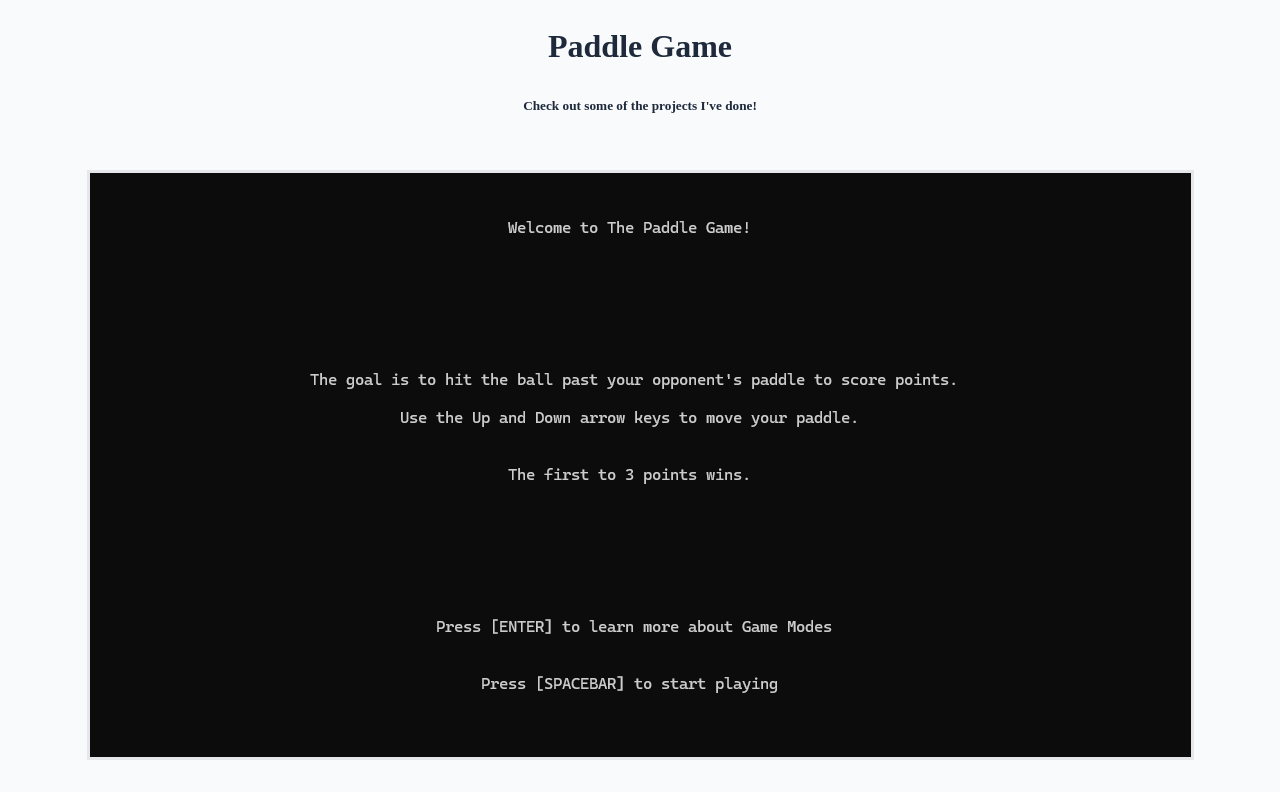
Repository: alison-cunningham/alison-cunningham
Page: pages/paddle-game.html
An editor plug-in stored every save of this project. The page is shown before and after the next save, followed by the edit.
The browser window is 1280 px wide. The pictures show the whole page.
Some web fonts or font styles are not loaded; a fallback is used.

Above is the page before, as saved 2026-05-08 20:45:28.

### pages/paddle-game.html
<!DOCTYPE html>
<html lang="en">
<head>
    <meta charset="UTF-8" />
    <title>Project - Paddle Game</title>
    <meta name="viewport" content="width=device-width, initial-scale=1.0">
    <link rel="stylesheet" href="../styles/globals.css"/>
    <link rel="stylesheet" href="../styles/pages.css">
</head>
<body>
    <header class="project-header">
        <h1>Paddle Game</h1>
        <h5>Check out some of the projects I've done!</h5>
    </header>


    <img src="../assets/images/paddle-game-screenshot-2.png" alt="Screenshot from Paddle Game gameplay">



</body>

</html>

### styles/globals.css
@font-face{
    font-family: 'Radio-Canada';
    src: url('../assets/fonts/Radio_Canada/RadioCanada-VariableFont_wdth\,wght.ttf')
}



body{
    font-family: 'Radio-Canada';

    background-color: #f8fafc;
    color: #1e293b;

    line-height: 1.6;
    font-size: 1rem;

    margin: 0;
    overflow-x: hidden;
}


a{
    text-decoration: none;
    color: inherit;
}

h3{
    font-size: 1.4rem;
    margin-bottom: 1rem;
    color: #0f172a;
}

### styles/pages.css
.project-header{
    display: grid;
    justify-content: center;
    text-align: center;


}

h1{
    margin-bottom: 0;
}

nav{
    width: 100%;
    background-color: #ffffff;

    border-bottom: .2rem solid #e5e7eb;
    border-top: .2rem solid #e5e7eb;

    display: flex;
    flex-direction: row;
    justify-content: space-evenly;

    align-items: center;

}

nav a{

    flex: 0 0 auto;

    text-decoration: none;
    color: #60a5fa;

    padding: 1rem;
    border-radius: .5rem;

    font-size: 1.1rem;
    font-weight: 600;

    transition:
    background-color 0.3s ease,
    color 0.3s ease,
    transform 0.2s ease;
}

nav a:hover{
    background-color: #34d399;
    color: white;
}

img{
    display: block;
    max-width: 90%;
    margin: 2rem auto;
    border: .2rem solid #e5e7eb;
}


iframe{
    width: 100%;
    min-height: 80vh;
    border: 0;
}

After the next save:
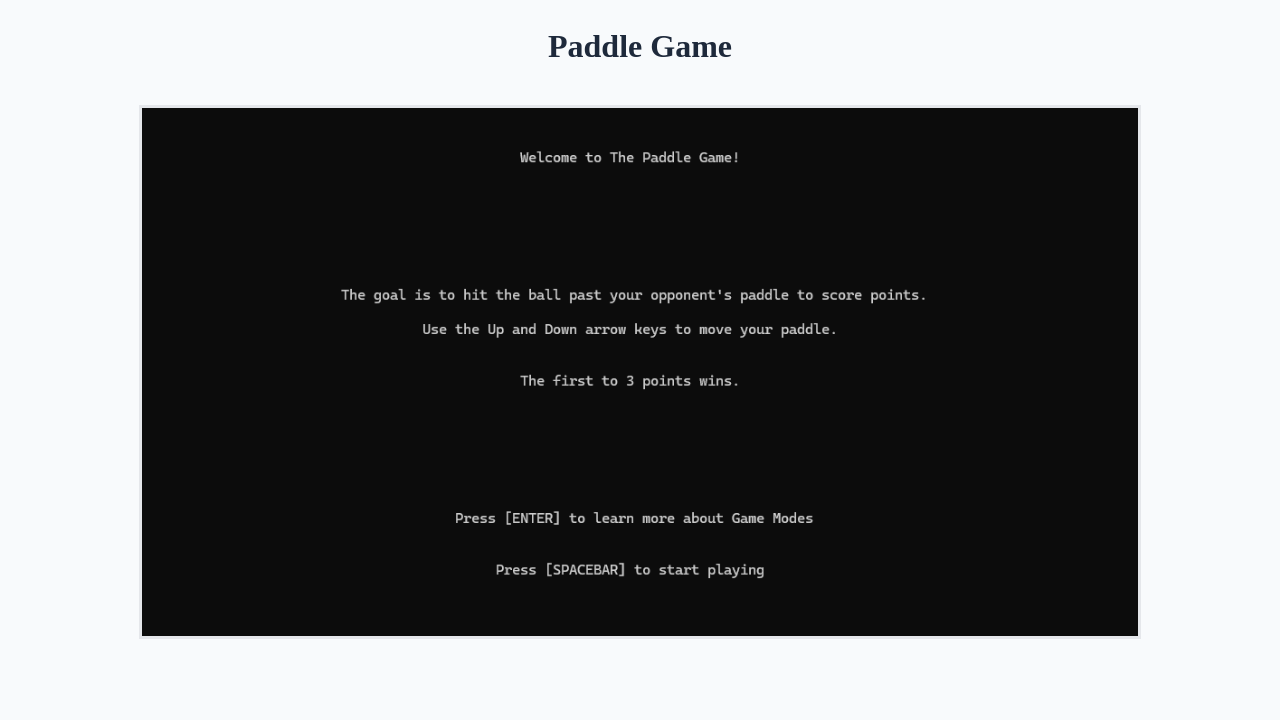
Saved 64 s later.
--- a/pages/paddle-game.html
+++ b/pages/paddle-game.html
@@ -10,8 +10,6 @@
 <body>
     <header class="project-header">
         <h1>Paddle Game</h1>
-        <h5>Check out some of the projects I've done!</h5>
-    </header>
 
 
     <img src="../assets/images/paddle-game-screenshot-2.png" alt="Screenshot from Paddle Game gameplay">
